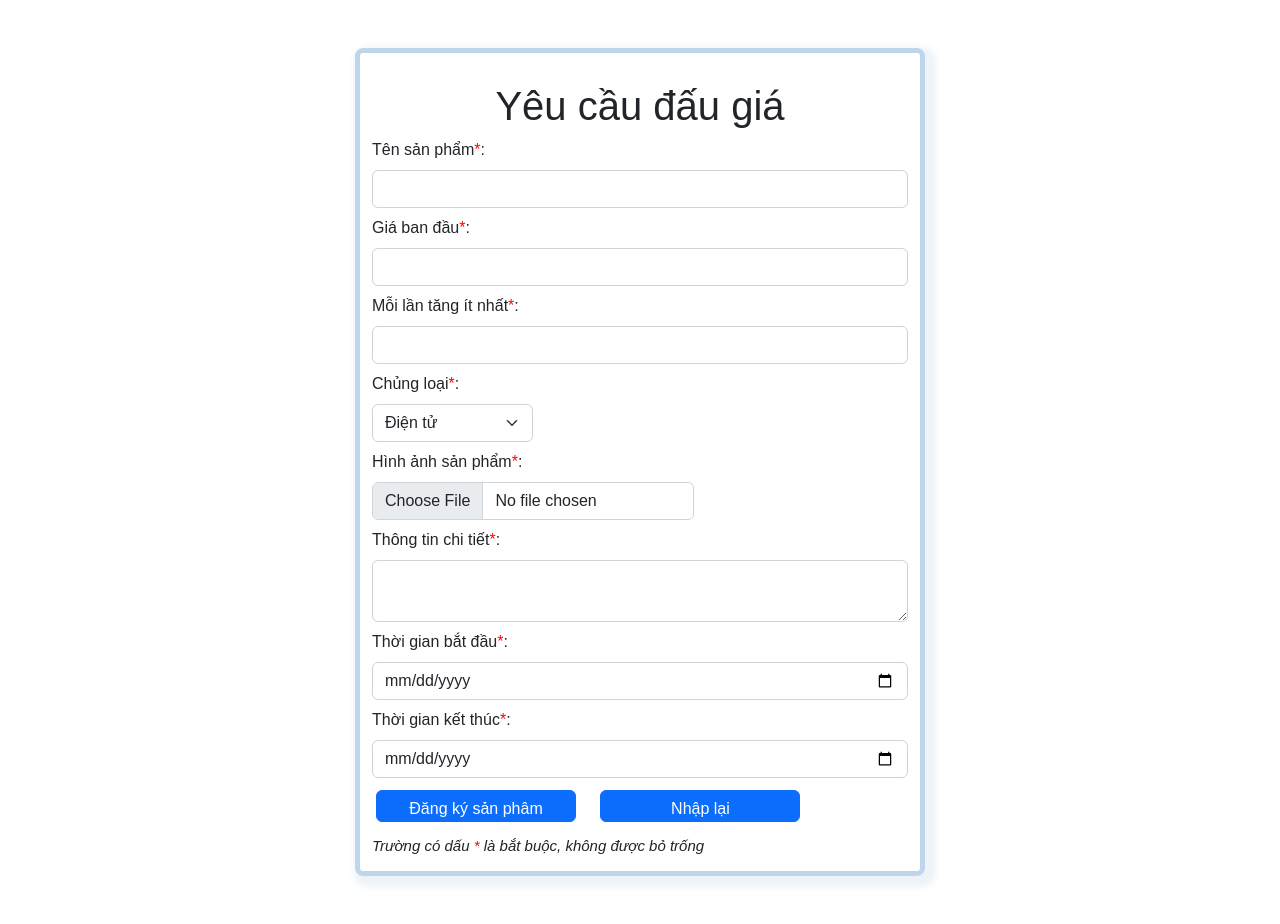
Repository: SonPhamThe/C0622G1-module5
Page: prototype--module6/auction/auction.html
These files come from the project's save history. The page is drawn as it stood at one moment and after the next save; the edit follows.
The browser window is 1280 px wide. The pictures show the whole page.

Above is the page before, as saved 2022-12-08 09:35:10.

### prototype--module6/auction/auction.html
<!DOCTYPE html>
<html lang="en">
  <head>
    <meta charset="UTF-8" />
    <title>Yêu cầu đấu giá</title>
    <link rel="stylesheet" href="auciton.css" />
    <link
      href="https://cdn.jsdelivr.net/npm/bootstrap@5.2.3/dist/css/bootstrap.min.css"
      rel="stylesheet"
      integrity="sha384-rbsA2VBKQhggwzxH7pPCaAqO46MgnOM80zW1RWuH61DGLwZJEdK2Kadq2F9CUG65"
      crossorigin="anonymous"
    />
    <style>
      * {
        font-family: sans-serif;
      }

      button {
        height: 32px;
        width: 200px;
        border-radius: 20px;
      }
    </style>
  </head>
  <body>
    <div class="container mb-5 mt-5">
      <div class="row">
        <div class="col-lg-3"></div>
        <div class="boxed col-lg-6 shadow-md" style="height: 100% !important">
          <form>
            <div class="mt-4 text-center">
              <h1>Yêu cầu đấu giá</h1>
            </div>
            <div class="mb-2">
              <i class="fa-solid fa-file-signature"></i>
              <label class="form-label"
                >Tên sản phẩm<span style="color: red">*</span>:</label
              >
              <input type="text" class="form-control" />
            </div>
            <div class="mb-2">
              <label class="form-label"
                >Giá ban đầu<span style="color: red">*</span>:</label
              >
              <input type="number" class="form-control" />
            </div>
            <div class="mb-2">
              <label class="form-label"
                >Mỗi lần tăng ít nhất<span style="color: red">*</span>:</label
              >
              <input type="number" class="form-control" />
            </div>
            <div class="mb-2">
              <label class="form-label"
                >Chủng loại<span style="color: red">*</span>:</label
              >
              <select
                style="width: 30%"
                class="form-select"
                aria-label="Default select example"
              >
                <option value="1">Điện tử</option>
                <option value="2">Đồ gia dụng</option>
                <option value="3">Đồ chơi</option>
                <option value="4">Chủng loại khác</option>
              </select>
            </div>

            <div class="mb-2">
              <label class="form-label"
                >Hình ảnh sản phẩm<span style="color: red">*</span>:</label
              >
              <input style="width: 60%" type="file" class="form-control" />
            </div>

            <div class="mb-2">
              <label class="form-label"
                >Thông tin chi tiết<span style="color: red">*</span>:</label
              >
              <textarea class="form-control" formControlName=""></textarea>
            </div>

            <div class="mb-2">
              <label class="form-label"
                >Thời gian bắt đầu<span style="color: red">*</span>:</label
              >
              <input type="date" class="form-control" />
            </div>
            <div class="mb-2">
              <label class="form-label"
                >Thời gian kết thúc<span style="color: red">*</span>:</label
              >
              <input type="date" class="form-control" />
            </div>

            <div class="mb-2">
              <button type="submit" class="btn btn-primary mt-1 mb-1 mx-1">
                Đăng ký sản phâm
              </button>
              <button type="" class="btn btn-primary mt-1 mb-1 mx-3">
                Nhập lại
              </button>
            </div>
          </form>
          <div class="mb-2">
            <span style="font-size: 15px" class="fst-italic"
              >Trường có dấu <span style="color: red">*</span> là bắt buộc,
              không được bỏ trống</span
            >
          </div>
        </div>

        <div class="col-lg-3"></div>
      </div>
    </div>
    <script
      src="https://cdn.jsdelivr.net/npm/@popperjs/core@2.11.6/dist/umd/popper.min.js"
      integrity="sha384-oBqDVmMz9ATKxIep9tiCxS/Z9fNfEXiDAYTujMAeBAsjFuCZSmKbSSUnQlmh/jp3"
      crossorigin="anonymous"
    ></script>
    <script
      src="https://cdn.jsdelivr.net/npm/bootstrap@5.2.3/dist/js/bootstrap.min.js"
      integrity="sha384-cuYeSxntonz0PPNlHhBs68uyIAVpIIOZZ5JqeqvYYIcEL727kskC66kF92t6Xl2V"
      crossorigin="anonymous"
    ></script>
  </body>
</html>

### prototype--module6/auction/auciton.css
.boxed {
  width: 400px;
  height: 550px;
}

.boxed {
  border: 5px solid;
  border-image-slice: 1;
  border-color: rgb(189, 214, 236);
  padding: 5px;
  border-radius: 8px;
  background-color: transparent;
  box-shadow: 5px 5px 7px 6px  rgb(238, 243, 247);
}

After the next save:
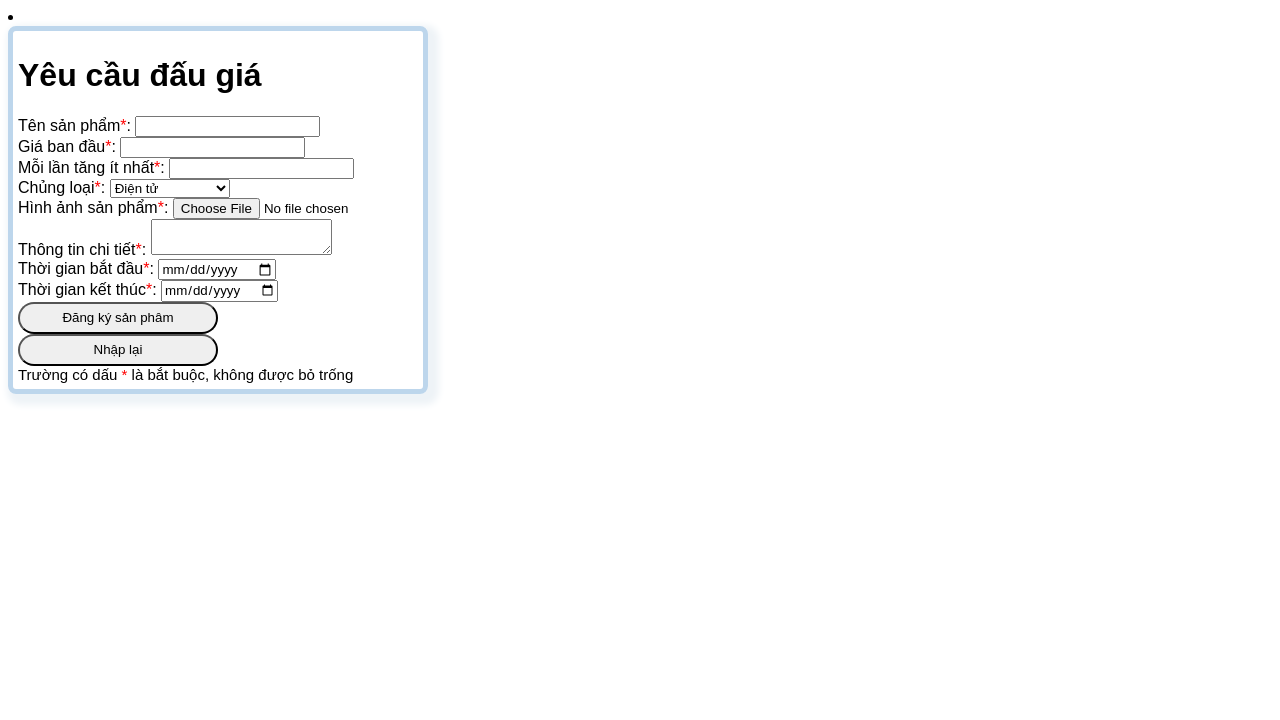
Saved 45 s later.
--- a/prototype--module6/auction/auction.html
+++ b/prototype--module6/auction/auction.html
@@ -4,6 +4,7 @@
     <meta charset="UTF-8" />
     <title>Yêu cầu đấu giá</title>
     <link rel="stylesheet" href="auciton.css" />
+    <li
     <link
       href="https://cdn.jsdelivr.net/npm/bootstrap@5.2.3/dist/css/bootstrap.min.css"
       rel="stylesheet"

After the save that followed:
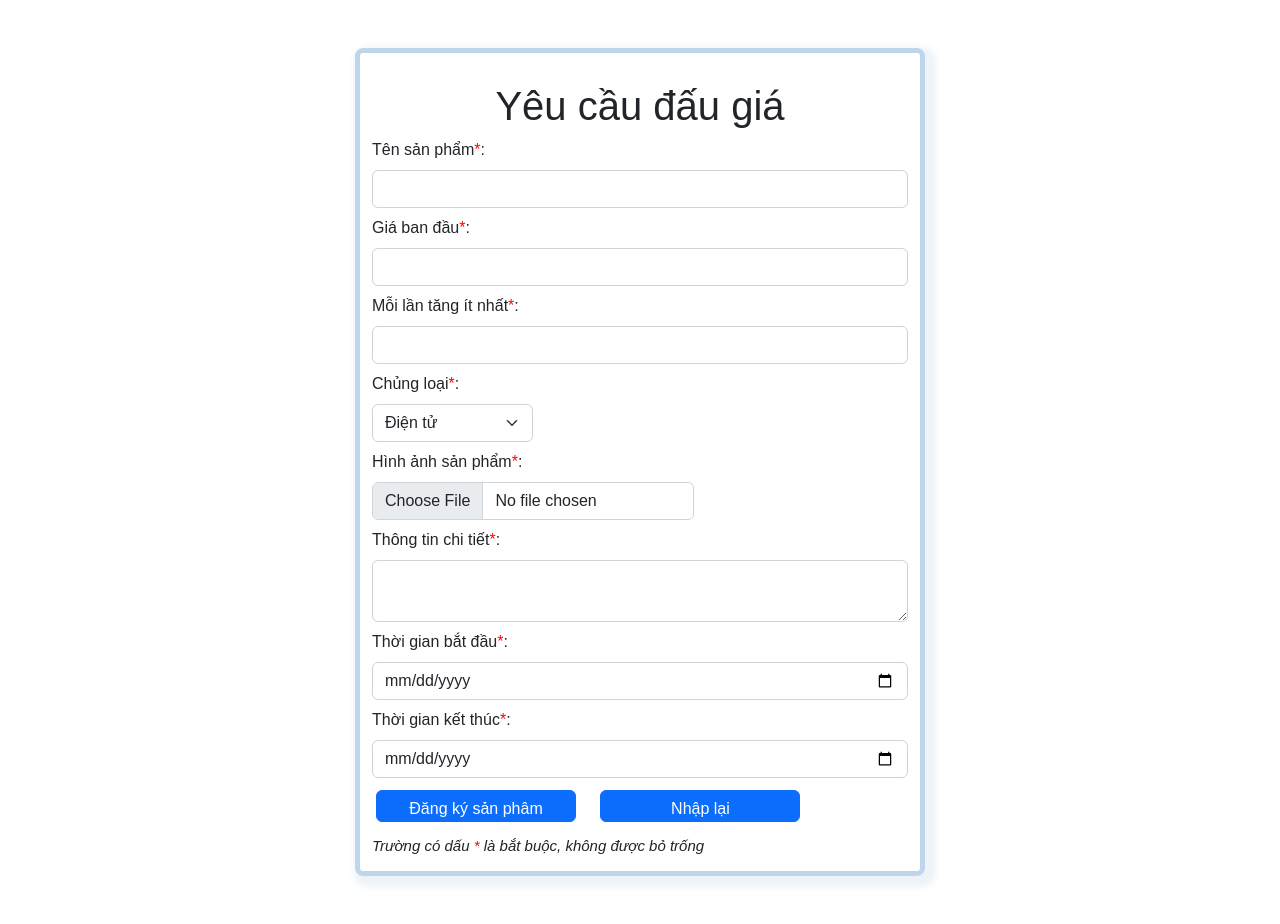
Saved 5 s later.
--- a/prototype--module6/auction/auction.html
+++ b/prototype--module6/auction/auction.html
@@ -4,8 +4,8 @@
     <meta charset="UTF-8" />
     <title>Yêu cầu đấu giá</title>
     <link rel="stylesheet" href="auciton.css" />
-    <li
-    <link
+    <link/>
+    <link re
       href="https://cdn.jsdelivr.net/npm/bootstrap@5.2.3/dist/css/bootstrap.min.css"
       rel="stylesheet"
       integrity="sha384-rbsA2VBKQhggwzxH7pPCaAqO46MgnOM80zW1RWuH61DGLwZJEdK2Kadq2F9CUG65"
